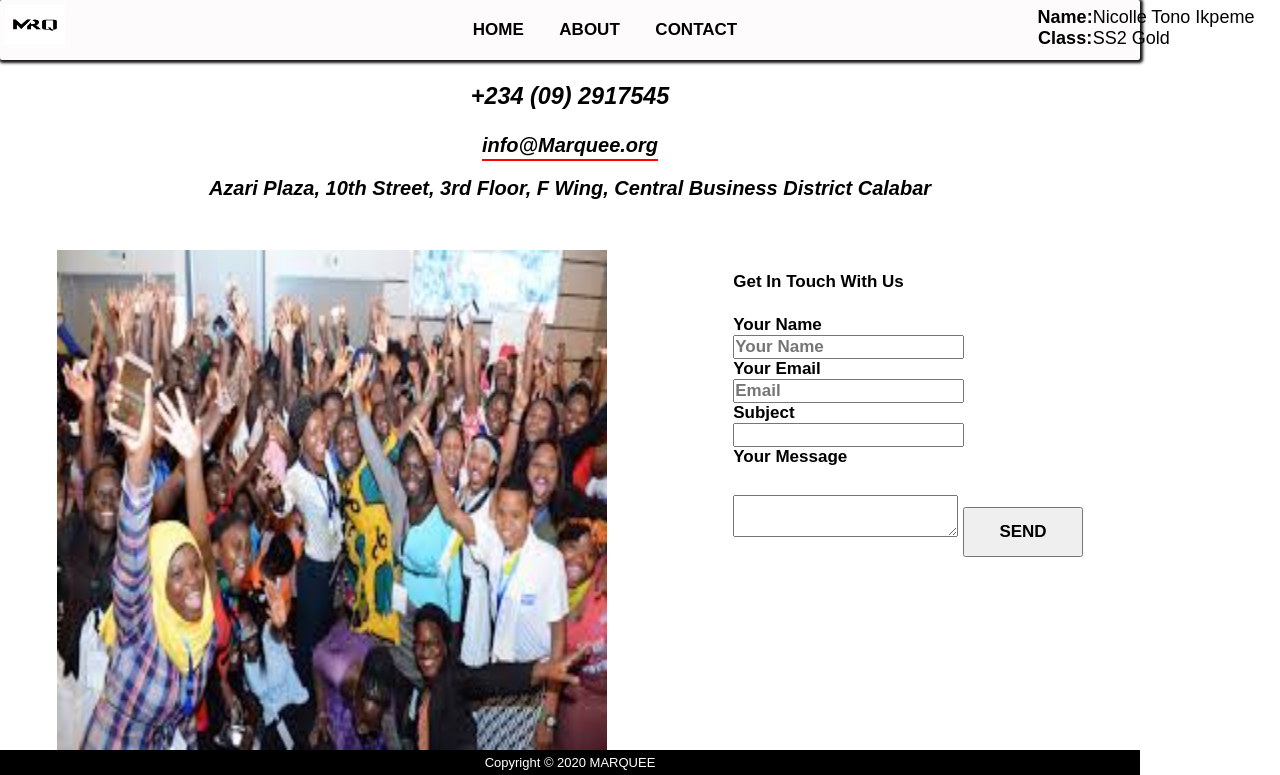
Repository: pboi18/Marquee.org
Page: contact.html
The author's editor kept a copy of each file at every save. The page is drawn from the files as they stood at one save, then again after the next save.
The browser window is 1280 px wide. The pictures show the whole page.

Above is the page before, as saved 2020-07-11 21:19:25.

### contact.html
<!DOCTYPE html>
<html>
    <head>
        <meta charset="utf-8">
        <link rel="icon" type="image/png" sizes="16x16" href="img/logo.png">
        <title>Marquee</title>

        <link rel="stylesheet" href="style.css" >
        <link rel="stylesheet" href="normalize.css" >


    </head>

    <body>

        <div class="main">
            <nav>

                    <div class="navbar2">

                        <img src="img/logo.png" alt="MARQUEE" class="logo">

                        <ul class="main-nav">
                            <li>
                                <a href="home.html">
                                    Home
                                </a>
                            </li>

                            <li>
                                <a href="about.html">
                                    ABOUT
                                </a>
                            </li>

                            <li>
                                <a href="contact.html">
                                    CONTACT
                                </a>
                            </li>

                        </ul>

                        <table class="id">
                            <tr>
                                <th>Name:</th>
                                <td> Nicolle Tono Ikpeme</td>
                            </tr>

                            <tr>
                                <th>Class:</th>
                                <td> SS2 Gold</td>
                            </tr>

                        </table>



                </div>

            </nav>

            <div class="con">
                <div class="contact">
                    <address>
                        <h3>+234 (09) 2917545</h3>
                        <a href="info@Marquee.org" style="text-decoration: none; color: black;
                        font-weight: bold; border-bottom: 2px solid red; padding-bottom: 3px;">
                            info@Marquee.org
                        </a><br>
                        <p style="font-weight: bold;">Azari Plaza, 10th Street, 3rd Floor, F Wing, Central Business District Calabar</p>
                    </address>
                </div>


                <div style="height: 500px;">
                    <img src="img/images.jpg" alt="Happy women" class="image span-1-of-2">

                    <form class="form2 span-1-of-2">
                        <h4 >Get In Touch With Us</h4>
                        <label>Your Name </label>
                        <input type="text" name="Name" placeholder="Your Name" required >
                        <label>Your Email</label>
                        <input type="email"  placeholder="Email" required >
                        <label>Subject</label>
                        <input type="text" >
                        <label>Your Message</label>
                        <textarea ></textarea>
                        <!-- <input type="submit" value="SEND" name="send" style="margin-top: 40px;"> -->

                        <button type="submit" style="margin-top: 40px; width: 120px; height: 50px;">SEND</button>

                    </form>

                </div>
            </div>

        </div>
        <footer>
            <P style="color: white; text-align: center; margin: 0; font-size: small; padding: 5px;">
                Copyright &copy; 2020 MARQUEE
            </P>
        </footer>
    </body>
</html>

### style.css
* {
    margin: o;
    padding: 0;
    box-sizing: border-box;
}

html {
    background-color: #fff;
    max-width: 1140px;
    font-size: 20px;
    font-weight: 300;
    font-family: Arial, Helvetica, sans-serif;
    /* text-rendering: optimizeLegibility; */
}



h1 {
    margin: 0;
}

label {
    display: block;
}

/* header {
    background-image: linear-gradient( rgba(0, 0, 0, 0.4), rgba(0, 0, 0, 0.4)), url(img/home.jpg);
    height: 100vh;
    background-size: cover;
    background-position: center;
} */


.logo {
    height: 40px;
    width: 60px;
    float: left;
    margin: 5px;
}

.main-nav {
    list-style: none;
    margin: auto;
    margin-top: 10px;
    text-align: center;


}

.main-nav li {
    display: inline-block;
    margin: 10px 15px;
    font-size: 85%;

}

.main-nav li a:link,
.main-nav li a:visited {
    color: #000;
    text-decoration: none;
    text-transform: uppercase;
    font-weight: bold;
    padding: 3px 0px;
    border-bottom: 3px solid transparent;
    transition: border-bottom 0.2s;
}

.main-nav li a:hover,
.main-nav li a:active {
    border-bottom: 3px solid rgb(158, 0, 0);
}
.id {
    float: right;
    margin-right: 5px;
    margin: auto;
    position: absolute;
    top: 1%;
    right: 2%;
    padding: 10px;
    font-size: 90%;

}

.navbar {
    height: 50px;
    width: 100%;
    display: inline-block;
    border-radius: 2px;
    box-shadow: 0px 3px -1px 2px rgb(190, 189, 189);
    position: fixed;
    background-color: rgb(253, 251, 251);
}

.navbar2 {
    height: 60px;
    width: 100%;
    display: inline-block;
    border-radius: 2px;
    box-shadow: 1px 1px 3px 2px rgb(20, 20, 20);
    /* position: fixed; */
    background-color: rgb(253, 251, 251);
}

.numb {
    border: solid 5px rgb(63, 62, 62);
    text-align: center;
    width: 40px;
    height: 30px;
    align-self: center;
    border-radius: 50%;
    margin: auto;
    background-color: rgb(63, 62, 62);
    color: white;
}
.wup {
    padding-top: 10px;

    background: linear-gradient(180deg, #DF2828 5.21%, rgba(223, 40, 40, 0.427083) 55.73%, rgba(223, 40, 40, 0.427083) 64.06%, rgba(223, 40, 40, 0.427083) 73.44%, rgba(222, 17, 17, 0.427083) 100%, rgba(170, 77, 77, 0) 100%);
}

.cover {
    border-radius: 5px;
    margin: auto;
}

.sec {
    background-color: black;
    height: 250px;
    width: 100%;
    text-align: center;
}



main {
    width: 1000px;
    margin: auto;
}

.con {
    width: 90%;
    margin: auto;
    ;

}
.contact {
    text-align: center;
    margin: auto;
    margin-bottom: 50px;
}
.image {
    width: 550px;
    height: 500px;
    float: left;
}

.form2 {
    float: right;
    text-align: left;
    font-size: 85%;
    font-weight: bold;
}

footer {
    background-color: #000;
}

Loaded but not shown: normalize.css (library)

After the next save:
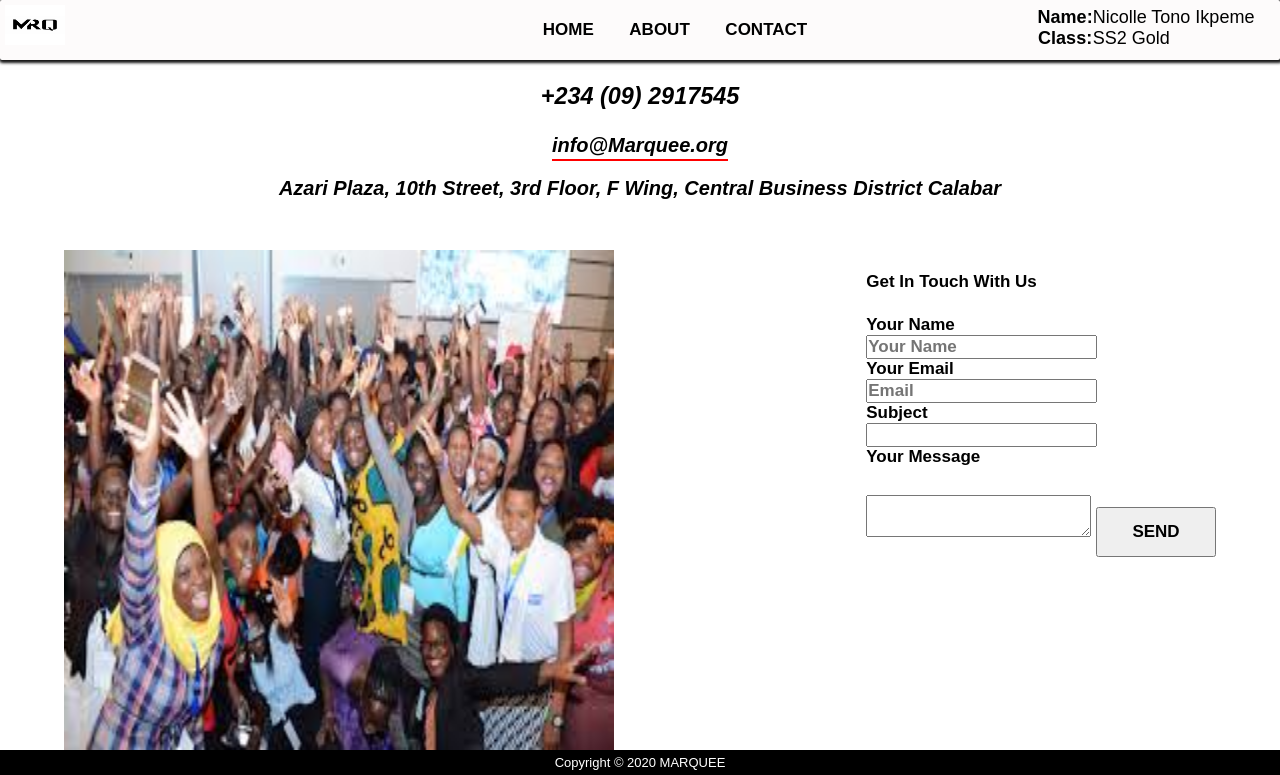
Saved 2 min 14 s later.
--- a/style.css
+++ b/style.css
@@ -6,7 +6,7 @@
 
 html {
     background-color: #fff;
-    max-width: 1140px;
+    max-width: 100%;
     font-size: 20px;
     font-weight: 300;
     font-family: Arial, Helvetica, sans-serif;
@@ -133,7 +133,7 @@ label {
 
 
 main {
-    width: 1000px;
+    /* width: 1000px; */
     margin: auto;
 }
 
